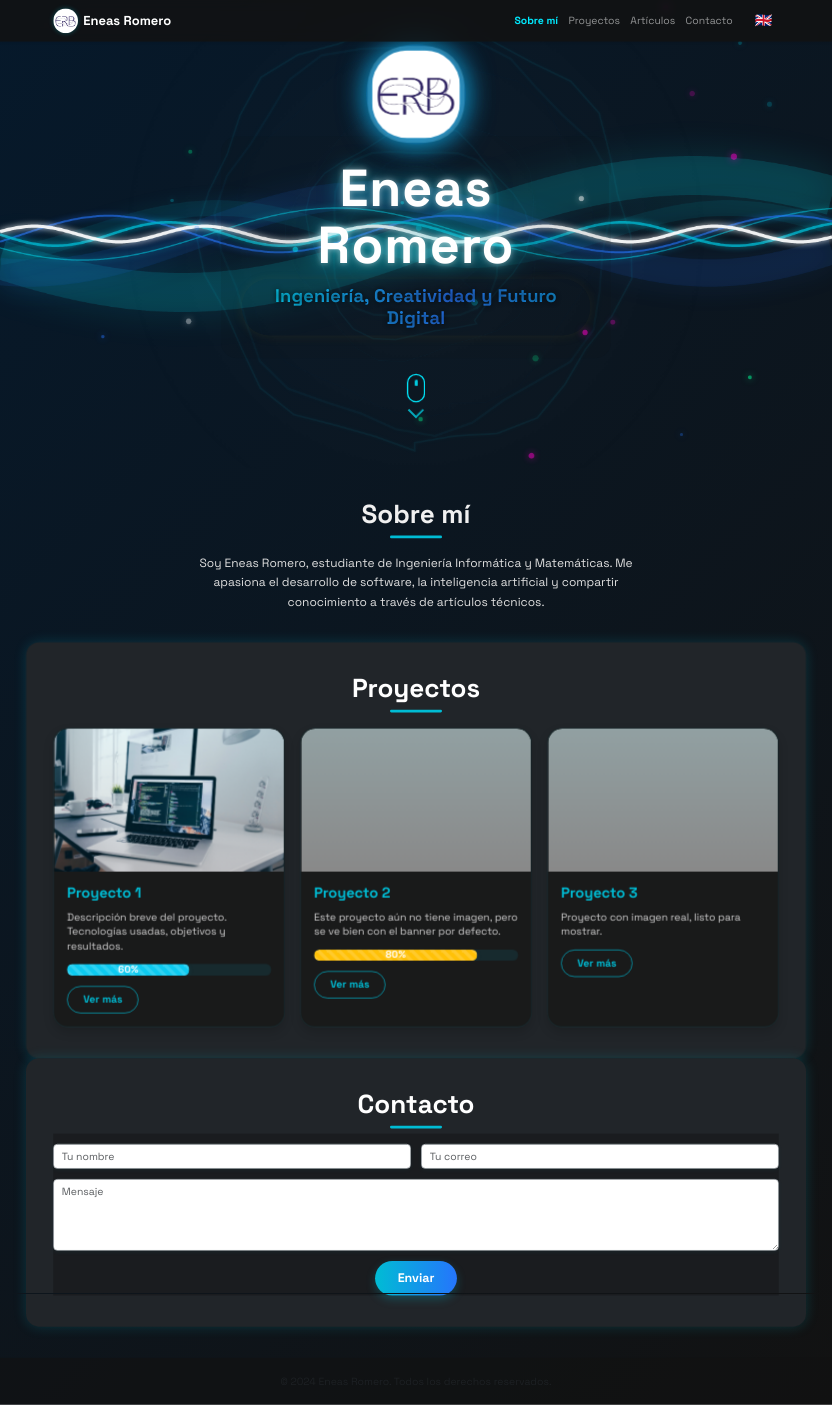
Repository: enerombar/enerombar.github.io
Page: index.html
The author's editor kept a copy of each file at every save. The page is drawn from the files as they stood at one save, then again after the next save.
The browser window is 1280 px wide. The pictures show the whole page, at 65% of full size.
Pictures or frames that could not be fetched are drawn as grey boxes. Some web libraries are served in a nearby version.

Above is the page before, as saved 2025-06-27 01:05:19.
Console error: SyntaxError: Identifier 'translations' has already been declared

After the next save:
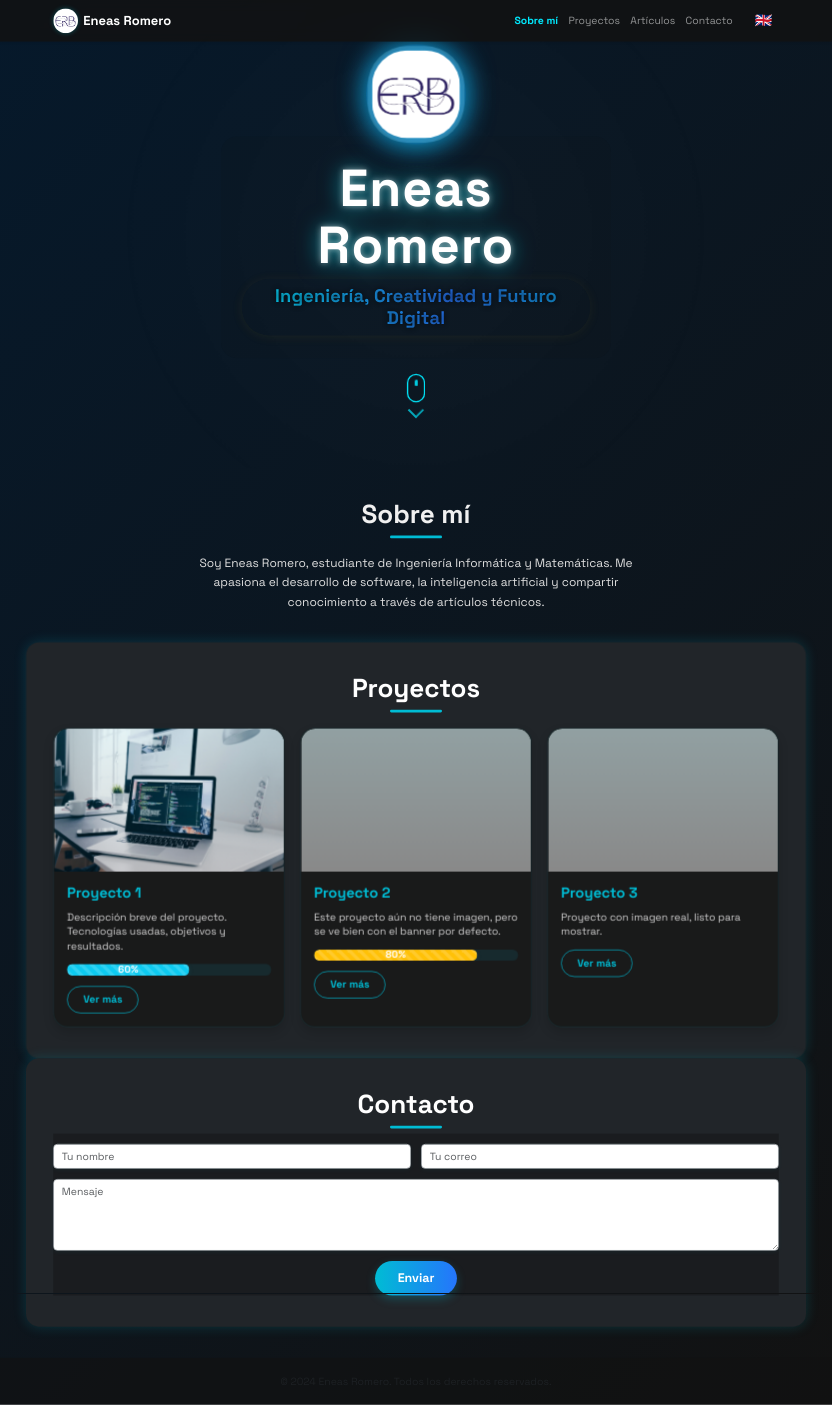
Console error: SyntaxError: Identifier 'langToggle' has already been declared
Saved 2 s later.
--- a/scripts.js
+++ b/scripts.js
@@ -245,6 +245,14 @@ const translations = {
 
 let currentLang = 'es';
 
+function updateLangFlag() {
+  const langToggle = document.getElementById('langToggle');
+  if (langToggle) {
+    langToggle.textContent = currentLang === 'es' ? '🇬🇧' : '🇪🇸';
+    langToggle.setAttribute('aria-label', currentLang === 'es' ? 'Switch to English' : 'Cambiar a español');
+  }
+}
+
 function setActiveFlag(lang) {
   const esBtn = document.querySelector('.btn-flag-es');
   const enBtn = document.querySelector('.btn-flag-en');
@@ -256,6 +264,7 @@ function setActiveFlag(lang) {
 
 function switchLanguageTo(lang) {
   currentLang = lang;
+  updateLangFlag();
   setActiveFlag(lang);
 
   // Cambiar textos con data-key
@@ -282,17 +291,15 @@ document.addEventListener('DOMContentLoaded', function() {
   }
   // Inicializa idioma en carga
   switchLanguage();
-  // Idioma con banderas
-  const esBtn = document.querySelector('.btn-flag-es');
-  const enBtn = document.querySelector('.btn-flag-en');
-  if (esBtn && enBtn) {
-    esBtn.addEventListener('click', () => switchLanguageTo('es'));
-    enBtn.addEventListener('click', () => switchLanguageTo('en'));
-    // Inicializa idioma y bandera activa
-    setActiveFlag(currentLang);
+  // Idioma con bandera única
+  const langToggle = document.getElementById('langToggle');
+  if (langToggle) {
+    updateLangFlag();
+    langToggle.addEventListener('click', function() {
+      switchLanguageTo(currentLang === 'es' ? 'en' : 'es');
+    });
     switchLanguageTo(currentLang);
   } else {
-    // fallback para páginas sin banderas
     switchLanguageTo(currentLang);
   }
 });
